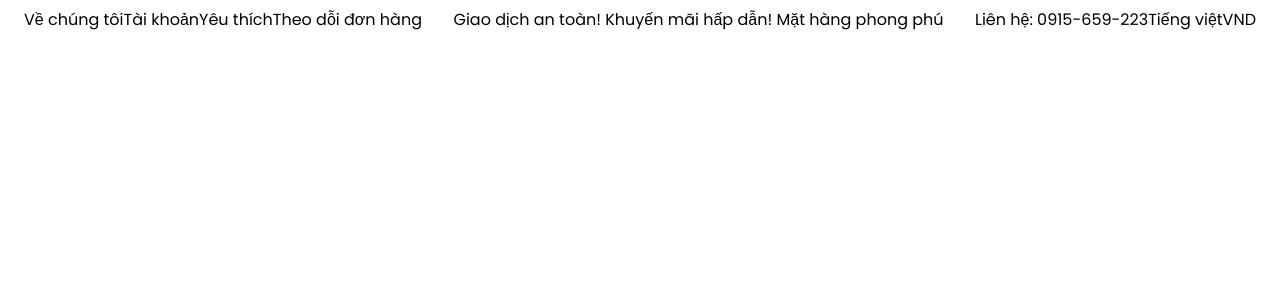
Repository: DucNghia2004/project_pro_01
Page: index.html
An editor plug-in stored every save of this project. The page is shown before and after the next save, followed by the edit.
The browser window is 1280 px wide. The pictures show the whole page.

Above is the page before, as saved 2024-05-25 21:48:14.

### index.html
<!DOCTYPE html>
<html lang="en">
    <head>
        <meta charset="UTF-8" />
        <meta name="viewport" content="width=device-width, initial-scale=1.0" />
        <title>Document</title>
        <!-- Reset CSS -->
        <link rel="stylesheet" href="./assets/css/resets.css" />

        <!-- Embed font -->
        <link rel="preconnect" href="https://fonts.googleapis.com" />
        <link rel="preconnect" href="https://fonts.gstatic.com" crossorigin />
        <link
            href="https://fonts.googleapis.com/css2?family=Poppins:ital,wght@0,100;0,200;0,300;0,400;0,500;0,600;0,700;0,800;0,900;1,100;1,200;1,300;1,400;1,500;1,600;1,700;1,800;1,900&display=swap"
            rel="stylesheet"
        />

        <!-- Styles CSS -->
        <link rel="stylesheet" href="./assets/css/styles.css" />
    </head>
    <body>
        <header class="header">
            <div class="container">
                <div class="header--top">
                    <!-- info--top -->
                    <div class="header--top__info">
                        <p class="info--top__desc">Về chúng tôi</p>
                        <p class="info--top__desc">Tài khoản</p>
                        <p class="info--top__desc">Yêu thích</p>
                        <p class="info--top__desc">Theo dỗi đơn hàng</p>
                    </div>
                    <!-- info--text -->
                    <div class="header--top__desc">
                        <p class="info--top__text">
                            Giao dịch an toàn! Khuyến mãi hấp dẫn! Mặt hàng
                            phong phú
                        </p>
                    </div>
                    <!-- info--contact -->
                    <div class="header--top__contact">
                        <p class="info--top__contact">Liên hệ: 0915-659-223</p>
                        <p class="info--top__contact">Tiếng việt</p>
                        <p class="info--top__contact">VND</p>
                    </div>
                </div>
            </div>
        </header>
    </body>
</html>

### assets/css/styles.css
* {
    box-sizing: border-box;
}

html {
    font-size: 62.5%;
}

body {
    font-size: 1.6rem;
    font-family: "Poppins", sans-serif;
}

input,
textarea,
select,
button {
    font-size: inherit;
    font-family: inherit;
}

.container {
    /* width: 1900px; */
    max-width: calc(100% - 48px);
    margin: 0 auto;
}

/* header__top */
.header--top {
    display: flex;
    justify-content: space-between;
    padding: 12px 0;
    /* background-color: orange; */
}

.header--top__info {
    display: flex;
}

.header--top__contact {
    display: flex;
}

Loaded but not shown: assets/css/resets.css (common file)

After the next save:
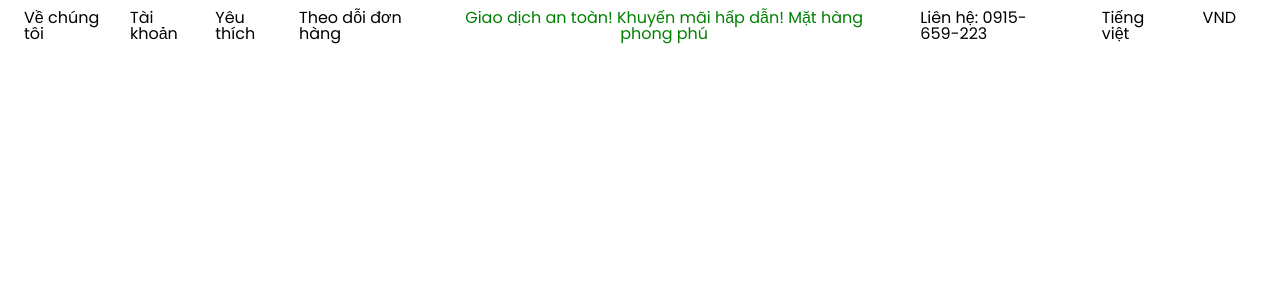
Saved 2 min 45 s later.
--- a/assets/css/styles.css
+++ b/assets/css/styles.css
@@ -29,14 +29,39 @@ button {
 .header--top {
     display: flex;
     justify-content: space-between;
-    padding: 12px 0;
-    /* background-color: orange; */
+    align-items: center;
+    padding: 10px 0;
 }
 
-.header--top__info {
+.header--top__info,
+.header--top__desc,
+.header--top__contact {
     display: flex;
 }
 
+.info--top__desc,
+.info--top__text,
+.info--top__contact {
+    margin-right: 20px;
+}
+
+.info--top__desc:hover,
+.info--top__contact:hover {
+    text-decoration: underline;
+    cursor: pointer;
+}
+
+.header--top__desc {
+    flex-grow: 1;
+    justify-content: center;
+    text-align: center;
+    color: green;
+}
+
+.header--top__contact p {
+    margin-left: 20px;
+}
+
 .header--top__contact {
-    display: flex;
+    justify-content: flex-end;
 }
